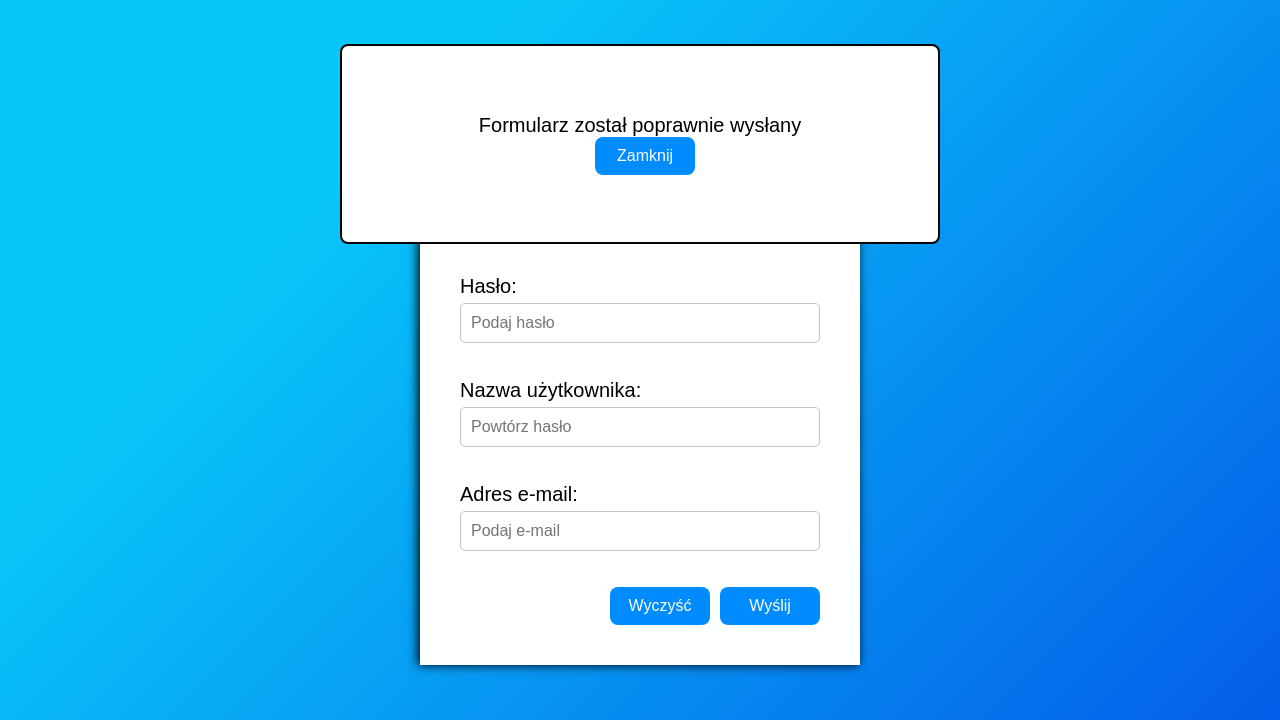
Repository: KrzysKolo/Projekt-3_Formularz-rejestracyjny
Page: index.html
An editor plug-in stored every save of this project. The page is shown before and after the next save, followed by the edit.
The browser window is 1280 px wide. The pictures show the whole page.
Some web fonts or font styles are not loaded; a fallback is used.

Above is the page before, as saved 2020-07-04 03:46:30.

After the next save:
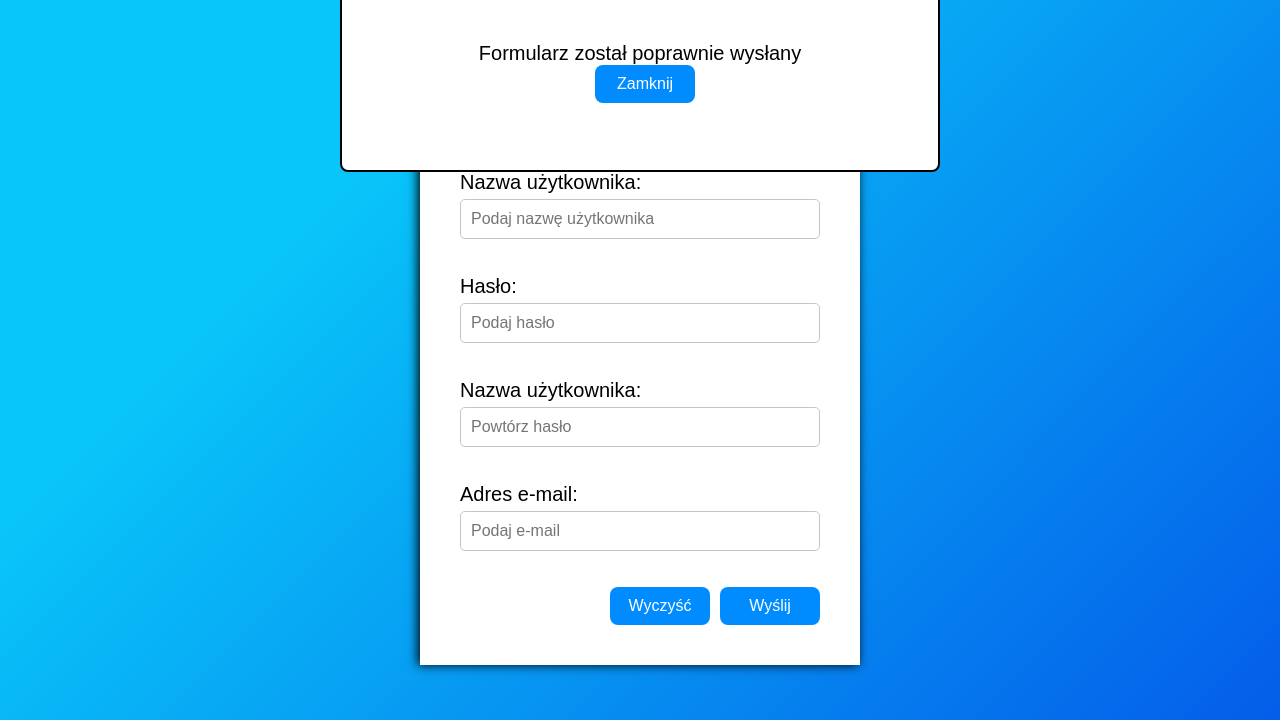
Saved 4 s later.
--- a/css/style.css
+++ b/css/style.css
@@ -83,7 +83,7 @@ h1 {
   align-items: center;
   flex-direction: column;
   position: absolute;
-  top: 20%;
+  top: 10%;
   left: 50%;
   transform: translate(-50%, -50%);
   width: 600px;
